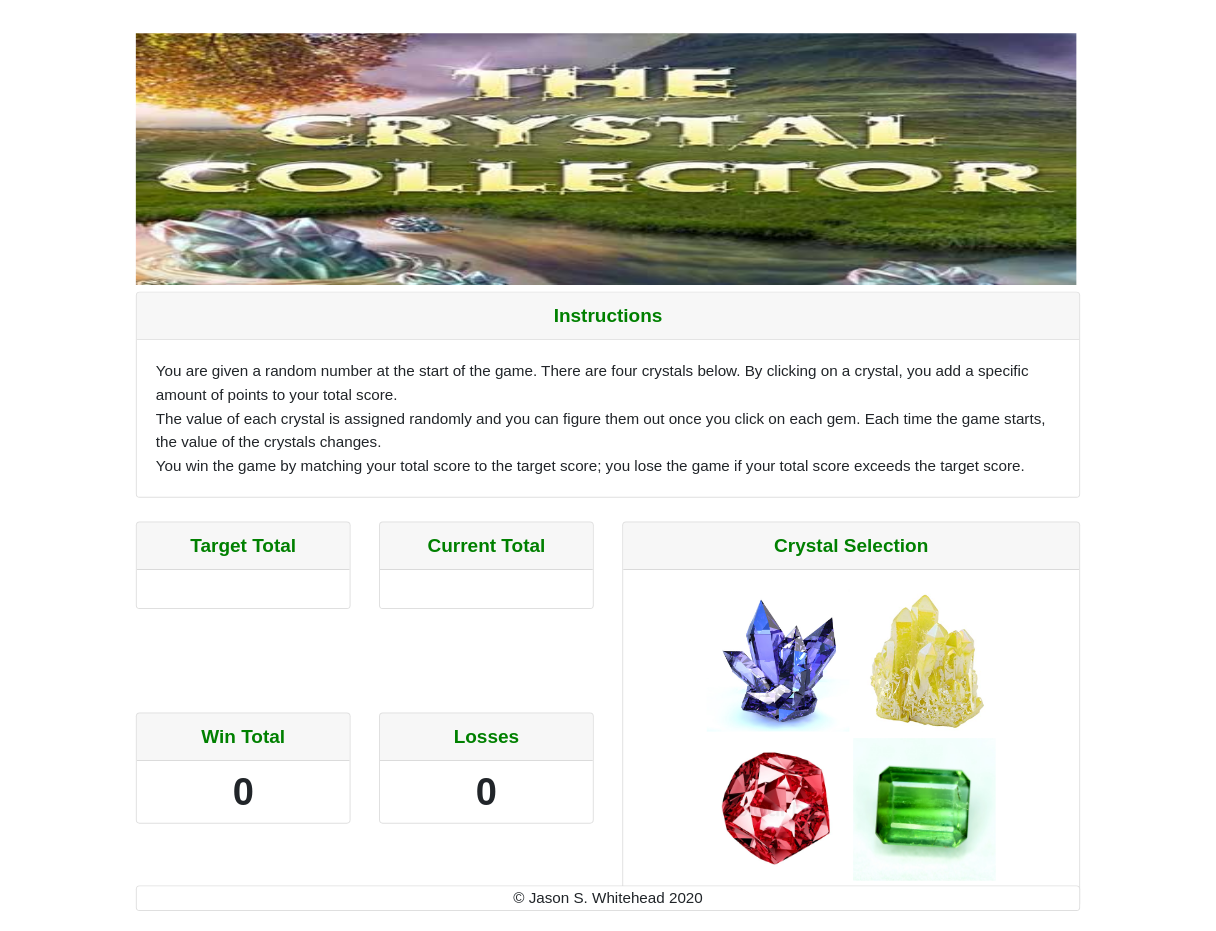
Repository: jaswhitehead/Crystal-Collector-Game
Page: index.html
These files come from the project's save history. The page is drawn as it stood at one moment and after the next save; the edit follows.
The browser window is 1280 px wide. The pictures show the whole page, at 95% of full size.
Some web libraries are served in a nearby version.

Above is the page before, as saved 2020-04-30 11:00:33.
Console error: TypeError: Cannot set properties of undefined (setting 'value')

After the next save:
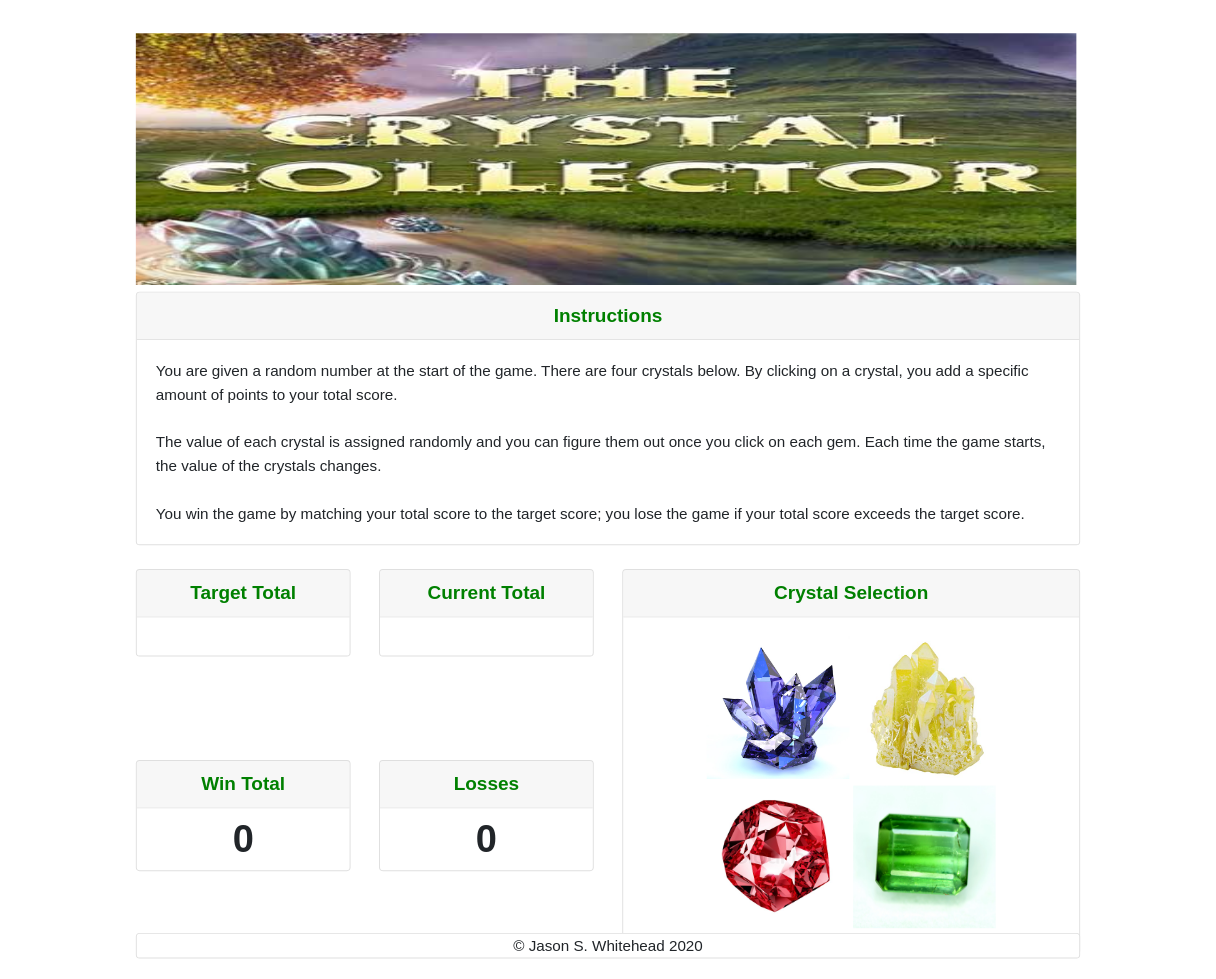
Saved 42 s later.
--- a/index.html
+++ b/index.html
@@ -19,9 +19,9 @@
             <div class="card-body">
                 <p>You are given a random number at the start of the game.
                     There are four crystals below. By clicking on a crystal, you add a specific amount of
-                    points to your total score. <br>
+                    points to your total score. <br><br>
                     The value of each crystal is assigned randomly and you can figure them out once you click on
-                    each gem. Each time the game starts, the value of the crystals changes. <br>
+                    each gem. Each time the game starts, the value of the crystals changes. <br><br>
                     You win the game by matching your total score to the target score; you lose the game if your
                     total score exceeds the target score.<br>
                 </p>
